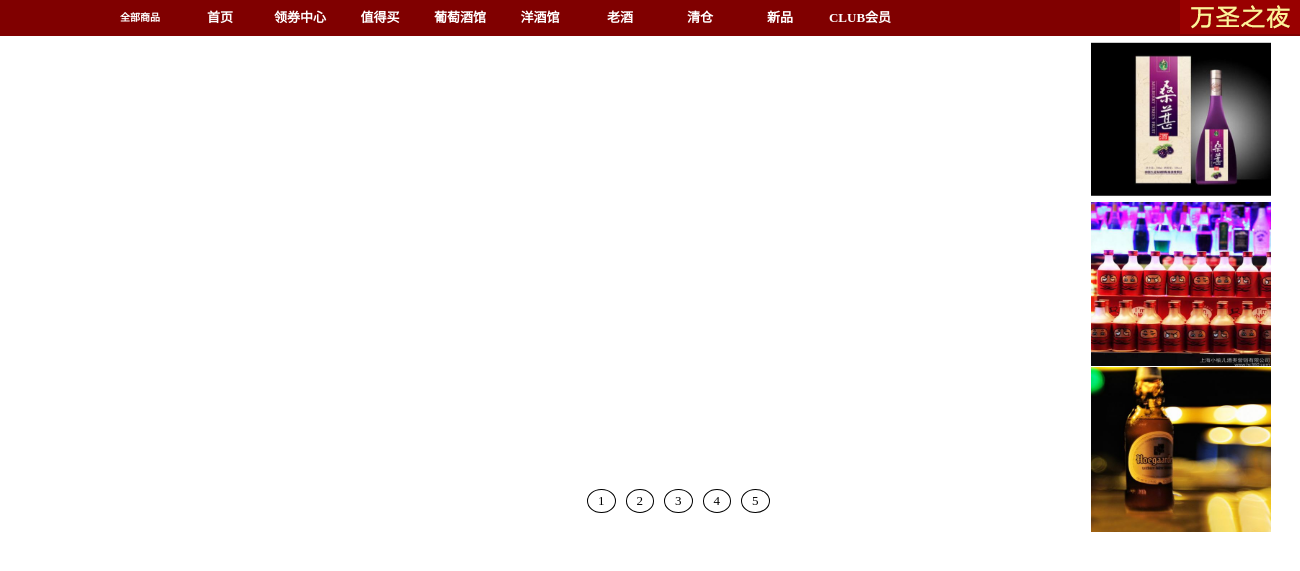
Repository: sjwgit/-
Page: http://localhost/ssh_1/qiantai/header-bar/nav-bar.jsp
These files come from the project's save history. The page is drawn as it stood at one moment and after the next save; the edit follows.
The browser window is 1280 px wide. The page is 1300 px wide, so the pictures cover 1300 px, including what lies to the right of the window. The pictures show the whole page.
The page is served by Tomcat 9. Nobody is signed in. The application's start-up code is not run.

Above is the page before, as saved 2017-11-10 02:59:56.

After the next save:
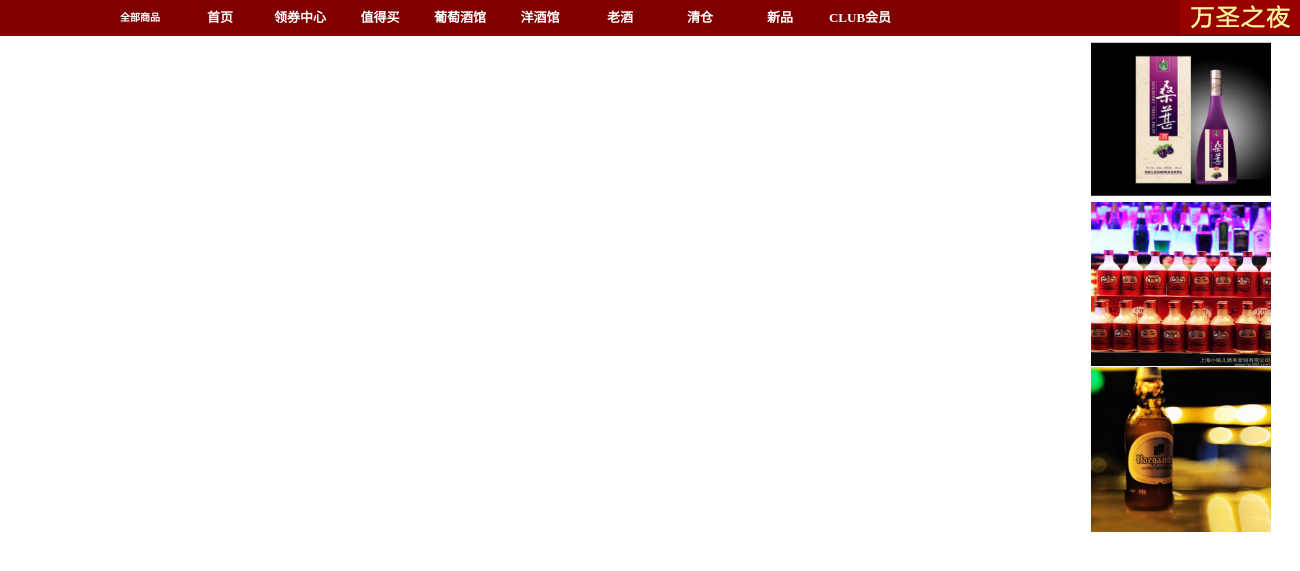
Saved 74 s later.
--- a/14150400515史建伟/sshcases/ssh_1/WebContent/qiantai/header-bar/nav-bar.jsp
+++ b/14150400515史建伟/sshcases/ssh_1/WebContent/qiantai/header-bar/nav-bar.jsp
@@ -54,7 +54,6 @@
 	   </nav>
 	    <div class="win-nav-right-pic">
 			<div id="win-nav-right-pic-iframe">
-			 <iframe src="<%=path %>/qiantai/lunbo/lunbo.jsp" id="frame1" width="100%" frameborder="0" scrolling="no" height="800px" ></iframe>
 
 			</div>
 			  <div id="win-bar1">

After the save that followed:
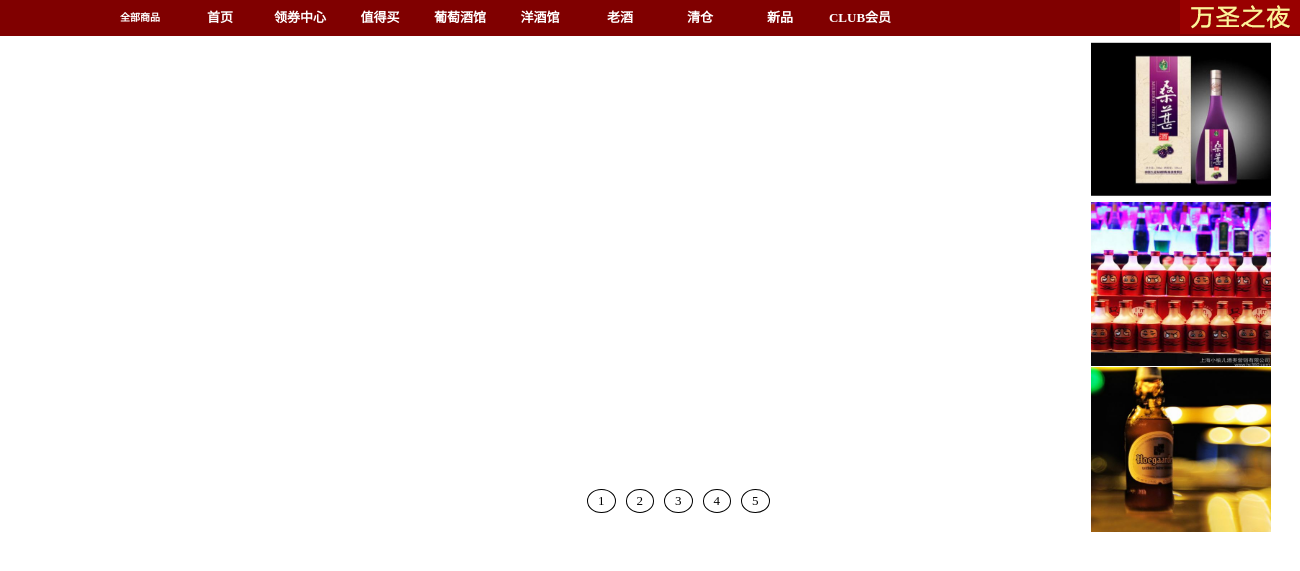
Saved 18 s later.
--- a/14150400515史建伟/sshcases/ssh_1/WebContent/qiantai/header-bar/nav-bar.jsp
+++ b/14150400515史建伟/sshcases/ssh_1/WebContent/qiantai/header-bar/nav-bar.jsp
@@ -54,6 +54,7 @@
 	   </nav>
 	    <div class="win-nav-right-pic">
 			<div id="win-nav-right-pic-iframe">
+			 <iframe src="<%=path %>/qiantai/lunbo/lunbo.jsp" id="frame1" width="100%" frameborder="0" scrolling="no" height="800px" ></iframe>
 
 			</div>
 			  <div id="win-bar1">
